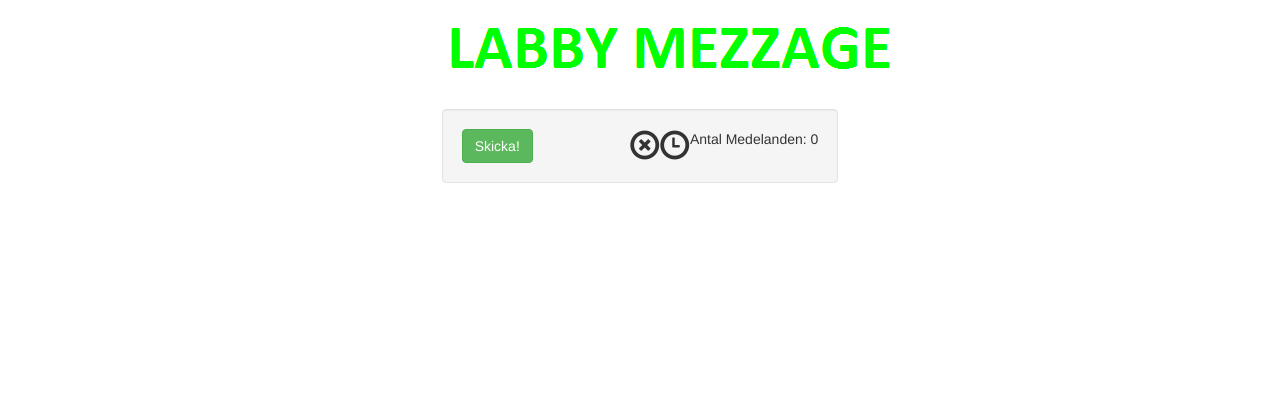
Repository: mc22dg/1dv403-laborationer
Page: 2-labbymezzage/index.html
The author's editor kept a record of every edit. The page is drawn from the files as they stood at one moment, then again after the next edit.
The browser window is 1280 px wide. The pictures show the whole page.

Above is the page before.
Console error (its wording comes from the project's code and is left out).

After the next edit:
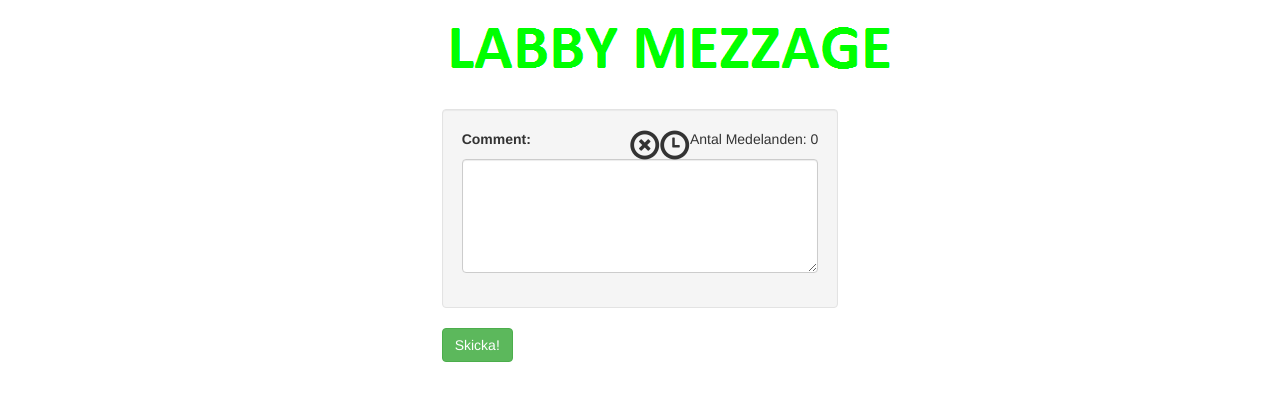
The edit:
--- a/2-labbymezzage/index.html
+++ b/2-labbymezzage/index.html
@@ -25,7 +25,10 @@
             <div id="numberOfMess">Antal Medelanden: 0</div>
             <div class="glyphicon glyphicon-time"></div>
             <div class="glyphicon glyphicon-remove-circle"></div>
-             <div id="message">
+              <div class="form-group">
+              <label for="comment">Comment:</label>
+              <textarea class="form-control" rows="5" id="comment"></textarea>
+              </div>
         </div>
 
         <div>
